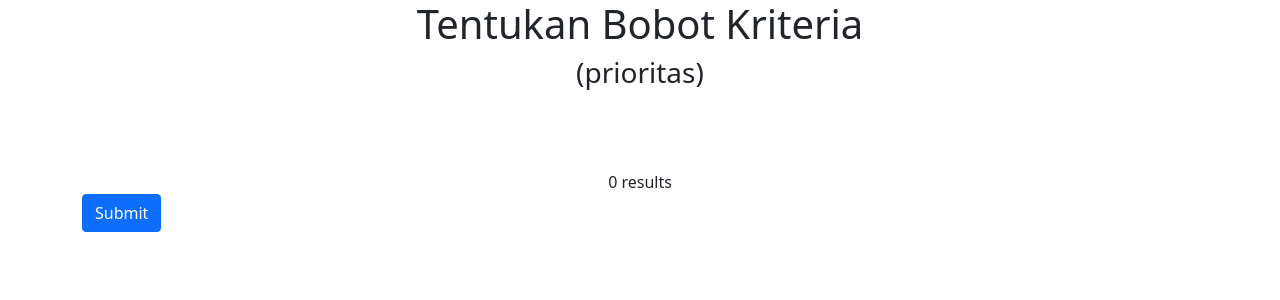
Repository: aqordeon/SPKWP
Page: http://localhost/hitungKriteria.php
These files come from the project's save history. The page is drawn as it stood at one moment and after the next save; the edit follows.
The browser window is 1280 px wide. The pictures show the whole page.
The page is run by PHP 8.4 with error messages shown; the project is at /var/www/html/. Queries for data that is not in the repository find no rows.

Above is the page before, as saved 2021-01-01 22:00:39.

### hitungKriteria.php
<html lang="en">
<head>
    <meta charset="UTF-8">
    <meta name="viewport" content="width=device-width, initial-scale=1.0">
    <title>Document</title>
    <link href="https://cdn.jsdelivr.net/npm/bootstrap@5.0.0-beta1/dist/css/bootstrap.min.css" rel="stylesheet" integrity="sha384-giJF6kkoqNQ00vy+HMDP7azOuL0xtbfIcaT9wjKHr8RbDVddVHyTfAAsrekwKmP1" crossorigin="anonymous">
    <?php
        include "koneksi.php";
    ?>
</head>
<body>
    <div class="container">
    <center>
        <h1>Tentukan Bobot Kriteria</h1>
        <h3>(prioritas)</h3>

        <br><br><br>



            <?php

                $tabelkriteria = mysqli_query($con, "SELECT * FROM tb_kriteria");
                $baristabelkriteria = mysqli_num_rows($tabelkriteria);

                if ($baristabelkriteria > 0) {
                    while($row = mysqli_fetch_assoc($tabelkriteria)) { ?>
                        <div class="container">
                            <h2 style="display: inline;"><?php echo $row["nama_kriteria"]; ?></h2>
                            <form method="post" action="" enctype='multipart/form-data'>
                                <label class="radio-inline">
                                    <input type="radio" name="<?php echo "optradio" . $row["id"]; ?>" value="1">1
                                </label>
                                <label class="radio-inline">
                                    <input type="radio" name="<?php echo "optradio" . $row["id"]; ?>" value="2">2
                                </label>
                                <label class="radio-inline">
                                    <input type="radio" name="<?php echo "optradio" . $row["id"]; ?>" value="3">3
                                </label>
                                <label class="radio-inline">
                                    <input type="radio" name="<?php echo "optradio" . $row["id"]; ?>" value="4">4
                                </label>
                                <label class="radio-inline">
                                    <input type="radio" name="<?php echo "optradio" . $row["id"]; ?>" value="5">5
                                </label>
                            </form>
                        </div>
                   <?php }
                } else {
                    echo "0 results";
                }

            ?>

    </center>

    <input type='submit' class="btn btn-primary" value='Submit' name='but_kriteria'>   <!-- mengarah ke hitung_vektor.php -->

</div>
</body>
</html>

### koneksi.php
<?php
    $servername = "localhost";
    $username = "root";
    $password = "";
    $database = "db_spkwp";

    $con = mysqli_connect($servername, $username, $password, $database);

    // $ambilparagraf = $con->query("SELECT * FROM paragraph");
    // $cekdbparagraf = $ambilparagraf->fetch_assoc();
?>

After the next save:
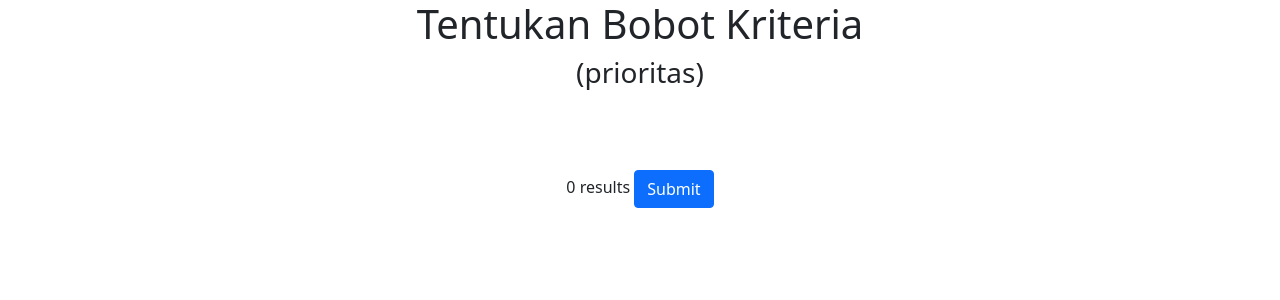
Saved 25 s later.
--- a/hitungKriteria.php
+++ b/hitungKriteria.php
@@ -51,10 +51,10 @@
                 }
 
             ?>
+        <input type='submit' class="btn btn-primary" value='Submit' name='but_kriteria'>   <!-- mengarah ke hitung_vektor.php -->
 
     </center>
 
-    <input type='submit' class="btn btn-primary" value='Submit' name='but_kriteria'>   <!-- mengarah ke hitung_vektor.php -->
 
 </div>
 </body>
